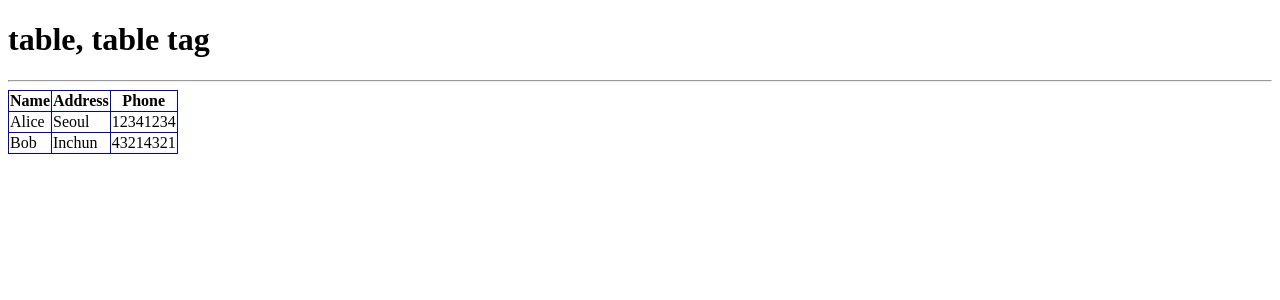
Repository: jihoonys82/weblec
Page: Front/WebContent/Ex01_HTML_tag/tagEx_06.html
These files come from the project's save history. The page is drawn as it stood at one moment and after the next save; the edit follows.
The browser window is 1280 px wide. The pictures show the whole page.

Above is the page before, as saved 2018-07-23 11:27:06.

After the next save:
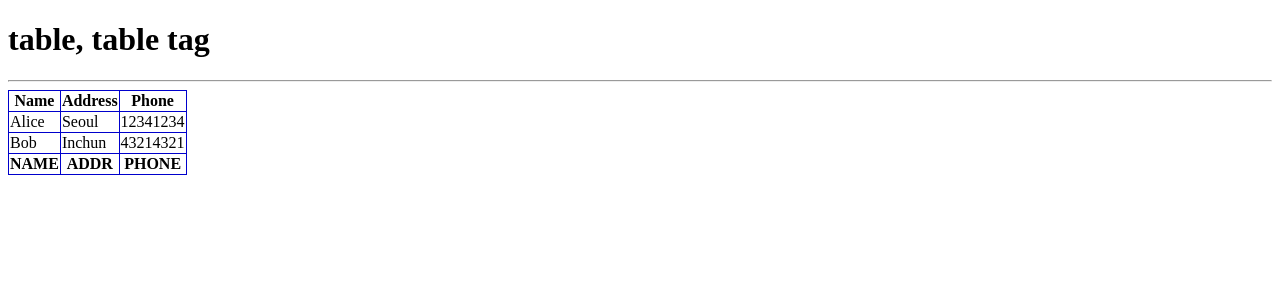
Saved 85 s later.
--- a/Front/WebContent/Ex01_HTML_tag/tagEx_06.html
+++ b/Front/WebContent/Ex01_HTML_tag/tagEx_06.html
@@ -46,8 +46,12 @@ th, td { /* each table data cell */
 
 			</tr>
 		</tbody>
-		<tfoot> <!--  -->
-
+		<tfoot> <!-- 바닥글  -->
+			<tr>
+				<th>NAME</th>
+				<th>ADDR</th>
+				<th>PHONE</th>
+			</tr>
 		</tfoot>
 
 	</table>
